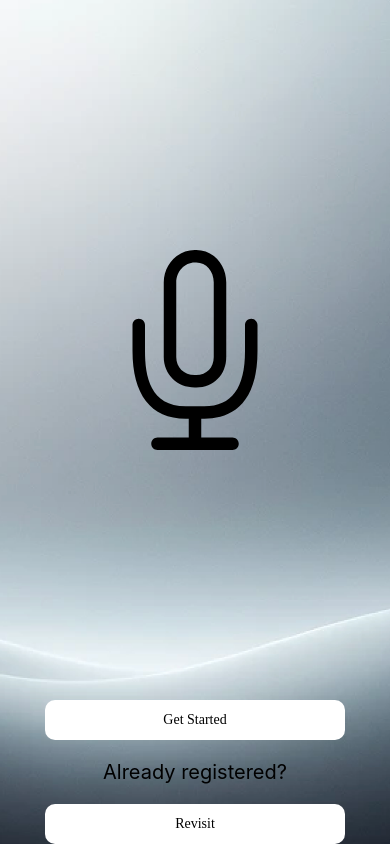
Repository: mortiestmorty1/recordings-app
Screen: / (app in frontend/)
An editor plug-in stored every save of this project. The screen is shown before and after the next save, followed by the edit.
Some web fonts or font styles are not loaded; a fallback is used. The app was drawn by React Native's web renderer in a window 390 px wide. The project was rebuilt for these pictures with package versions that can differ from the ones it lists, and the page was loaded fresh each time. Some packages were replaced by stand-ins written for this rebuild. Also part of the build but not shown: frontend/components/registerUser.js.

Above is the screen before, as saved 2024-03-08 00:50:28.

After the next save:
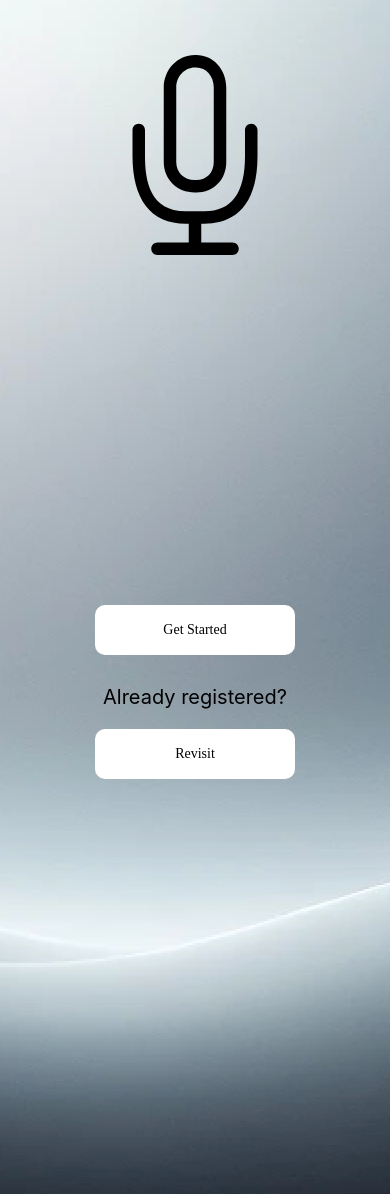
Saved 10 min 30 s later.
--- a/frontend/components/firstscreen.js
+++ b/frontend/components/firstscreen.js
@@ -1,27 +1,44 @@
-import React from 'react';
-import { View, Text, StyleSheet, TouchableOpacity,ImageBackground } from 'react-native';
+import React, { useState, useEffect } from 'react';
+import { View, Text, StyleSheet, TouchableOpacity, ImageBackground } from 'react-native';
 import { Svg, Path } from 'react-native-svg';
+import * as Font from 'expo-font';
 import background from '../assets/background.png';
+
 const FirstScreen = () => {
+  const [fontsLoaded, setFontsLoaded] = useState(false);
+
+  // Function to load fonts
+  const loadFonts = async () => {
+    await Font.loadAsync({
+      'Roboto-Regular': require('../assets/fonts/Roboto-Regular.ttf'), // Adjust the path as necessary
+    });
+    setFontsLoaded(true);
+  };
+
+  useEffect(() => {
+    loadFonts();
+  }, []);
+
+  // Show nothing or a loading spinner until fonts are loaded
+  if (!fontsLoaded) {
+    return null; // Or your loading component
+  }
+
   return (
     <View style={styles.container}>
-        <ImageBackground
-        source={background}
-        resizeMode="cover"
-        style={styles.imageBackground}
-      >
-      <Svg style={styles.logo} fill="#000000" width="200" height="200" viewBox="0 0 1024 1024">
-        <Path d="M510.88 704h7.6C607.44 704 672 638.4 672 548.032V166.624C672 73.184 604.56 0 518.466 0h-7.584C423.264 0 352 74.752 352 166.624v381.408C352 636.944 420.304 704 510.88 704zM416 166.624C416 110.032 458.56 64 510.88 64h7.6C569.504 64 608 108.128 608 166.624v381.408C608 603.024 572.032 640 518.464 640h-7.584c-55.872 0-94.88-37.808-94.88-91.968zM800 352c-17.68 0-32 14.336-32 32v133.072c0 190.4-67.968 282.929-207.744 282.929H465.12c-182.8 0-209.12-153.84-209.12-282.928V384.001c0-17.664-14.336-32-32-32s-32 14.336-32 32v133.072c0 220.496 91.888 346.928 273.12 346.928H480v96H320c-17.664 0-32 14.336-32 32s14.336 32 32 32h384c17.664 0 32-14.336 32-32s-14.336-32-32-32H544v-96h16.256C684.224 864.001 832 803.809 832 517.072V384c0-17.664-14.32-32-32-32z" />
-      </Svg>
-      <View style={styles.content}>
-        <TouchableOpacity style={styles.btn1} onPress={() => console.log("Get Started pressed")}>
-          <Text style={styles.btnText}>Get Started</Text>
-        </TouchableOpacity>
-        <Text style={styles.text}>Already registered?</Text>
-        <TouchableOpacity style={styles.btn1} onPress={() => console.log("Revisit pressed")}>
-          <Text style={styles.btnText}>Revisit</Text>
-        </TouchableOpacity>
-      </View>
+      <ImageBackground source={background} resizeMode="cover" style={styles.imageBackground}>
+        <Svg style={styles.logo} fill="#000000" width="200" height="200" viewBox="0 0 1024 1024">
+          <Path d="M510.88 704h7.6C607.44 704 672 638.4 672 548.032V166.624C672 73.184 604.56 0 518.466 0h-7.584C423.264 0 352 74.752 352 166.624v381.408C352 636.944 420.304 704 510.88 704zM416 166.624C416 110.032 458.56 64 510.88 64h7.6C569.504 64 608 108.128 608 166.624v381.408C608 603.024 572.032 640 518.464 640h-7.584c-55.872 0-94.88-37.808-94.88-91.968zM800 352c-17.68 0-32 14.336-32 32v133.072c0 190.4-67.968 282.929-207.744 282.929H465.12c-182.8 0-209.12-153.84-209.12-282.928V384.001c0-17.664-14.336-32-32-32s-32 14.336-32 32v133.072c0 220.496 91.888 346.928 273.12 346.928H480v96H320c-17.664 0-32 14.336-32 32s14.336 32 32 32h384c17.664 0 32-14.336 32-32s-14.336-32-32-32H544v-96h16.256C684.224 864.001 832 803.809 832 517.072V384c0-17.664-14.32-32-32-32z" />
+        </Svg>
+        <View style={styles.content}>
+          <TouchableOpacity style={styles.btn1} onPress={() => console.log("Get Started pressed")}>
+            <Text style={styles.btnText}>Get Started</Text>
+          </TouchableOpacity>
+          <Text style={styles.text}>Already registered?</Text>
+          <TouchableOpacity style={styles.btn1} onPress={() => console.log("Revisit pressed")}>
+            <Text style={styles.btnText}>Revisit</Text>
+          </TouchableOpacity>
+        </View>
       </ImageBackground>
     </View>
   );
@@ -30,21 +47,19 @@ const FirstScreen = () => {
 const styles = StyleSheet.create({
   container: {
     flex: 1,
-    width: '100%', // Ensure the container spans the full width
+    width: '100%',
     height: '100%',
     justifyContent: 'center',
     alignItems: 'center',
   },
   imageBackground: {
+    flex: 1,
     width: '100%',
-    height: '100%',
     justifyContent: 'center',
     alignItems: 'center',
   },
   logo: {
-    width: 200,
-    height: 200,
-    bottom: 100, // Changed from bottom to marginBottom for better layout control
+    marginBottom: 100,
   },
   text: {
     fontSize: 20,
@@ -53,19 +68,20 @@ const styles = StyleSheet.create({
   content: {
     justifyContent: 'center',
     alignItems: 'center',
-    top: 250, // Changed from top to marginTop for better layout control
+    marginTop: 250, // Adjust based on your layout needs
   },
   btn1: {
-    width: 300,
-    height: 40,
+    width: 200,
+    height: 50,
     backgroundColor: 'white',
     borderRadius: 10,
     justifyContent: 'center',
     alignItems: 'center',
+    marginBottom: 10,
   },
   btnText: {
     color: 'black',
-    fontFamily: 'Roboto-Regular', // Use 'Roboto-Bold' for bold text, etc.
+    fontFamily: 'Roboto-Regular', // This applies the Roboto font
   },
 });
 
